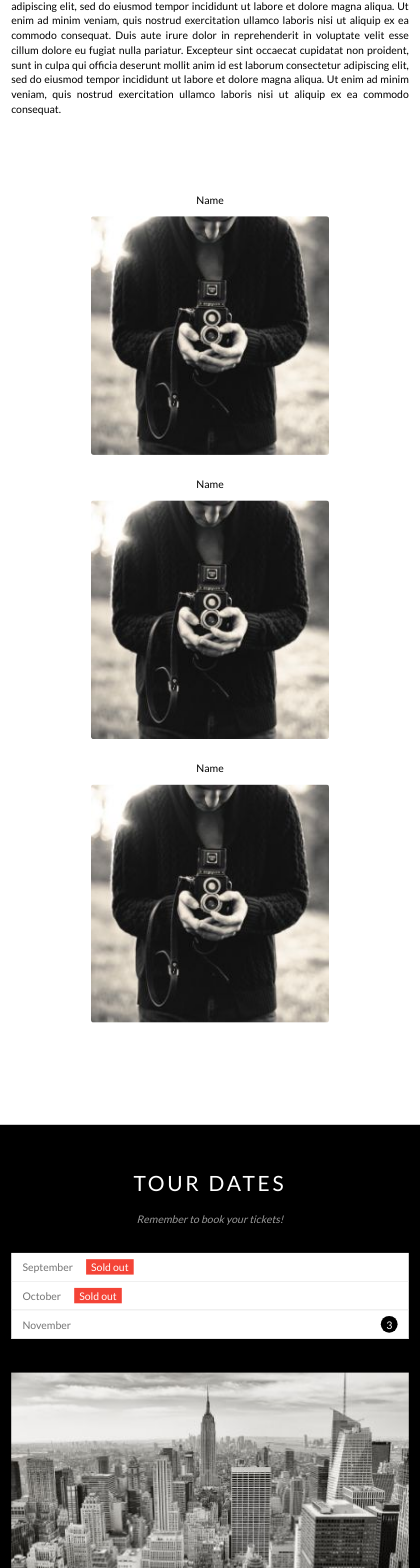
Repository: nguyenthaicong265/w3-band
Page: index.html
An editor plug-in stored every save of this project. The page is shown before and after the next save, followed by the edit.
The browser window is 600 px wide. The pictures show the part of the page from y = 537 to 2777 px (the page is 5463 px tall before and 4388 px after), at 70% of full size.

Above is the page before, as saved 2022-01-07 00:08:45.

### index.html
<!DOCTYPE html>
<html lang="en">
<head>
    <meta charset="UTF-8">
    <meta http-equiv="X-UA-Compatible" content="IE=edge">
    <meta name="viewport" content="width=device-width, initial-scale=1.0">
    <title>The band</title>
    <link rel="icon" href="./assets/img/favicon.png" type="image/x-icon" />
    <link rel="stylesheet" href="./assets/css/styles.css">
    <link rel="stylesheet" href="./assets/css/responsive.css">
    <link rel="stylesheet" href="https://fonts.googleapis.com/css?family=Lato">
    <link rel="stylesheet" href="./assets/font/themify-icons-font/themify-icons/themify-icons.css">
    <link rel="stylesheet" href="./assets/font/fontawesome-free-5.15.4-web/css/all.css">
</head>
<body>
    <div id="main">
        <div id="header">
            <ul id="nav">
                <li><a href="#">Home</a></li>
                <li><a href="#band">Band</a></li>
                <li><a href="#tour">Tour</a></li>
                <li><a href="#contact">Contact</a></li>
                <li>
                    <a href="#">
                        More
                        <i class="fas fa-sort-down"></i>
                    </a>
                    <ul class="subnav">
                        <li><a href="#">Merchandise</a></li>
                        <li><a href="#">Extras</a></li>
                        <li><a href="#">Media</a></li>
                    </ul>
                </li>
            </ul>
            <div class="search-button">
                <i class="fas fa-search"></i>
            </div>
            <div id="mobile-menu" class="mobile-menu-button">
                <i class="fas fa-bars"></i>
            </div>
        </div>

        <div id="slider">
            <div class="text-content text-white">
                <h2 class="text-head">Los Angeles
                </h2>
                <div class="text-description">We had the best time playing at Venice Beach!
                </div>
            </div>
        </div>

        <div id="content">
            <!-- About-section -->
            <div id="band" class="band-section">
                <div class="content-section">
                    <h2 class="section-heading">
                    THE BAND
                    </h2>
                    <p class="section-sub-heading">
                    We love music
                    </p>
                    <p class="about-text">We have created a fictional band website. Lorem ipsum dolor sit amet, consectetur adipiscing elit, sed do eiusmod tempor incididunt ut labore et dolore magna aliqua. Ut enim ad minim veniam, quis nostrud exercitation ullamco laboris nisi ut aliquip ex ea commodo consequat. Duis aute irure dolor in reprehenderit in voluptate velit esse cillum dolore eu fugiat nulla pariatur. Excepteur sint occaecat cupidatat non proident, sunt in culpa qui officia deserunt mollit anim id est laborum consectetur adipiscing elit, sed do eiusmod tempor incididunt ut labore et dolore magna aliqua. Ut enim ad minim veniam, quis nostrud exercitation ullamco laboris nisi ut aliquip ex ea commodo consequat.
                    </p>

                    <!-- Member -->
                    <div class="row members-list">
                        <div class="col col-third text-center member-item">
                            <p class="member-name">Name</p>
                            <img src="./assets/img/band/member1.jpg" alt="Name" class="member-avatar">
                        </div>

                        <div class="col col-third text-center member-item">
                            <p class="member-name">Name</p>
                            <img src="./assets/img/band/member1.jpg" alt="Name" class="member-avatar">
                        </div>

                        <div class="col col-third text-center member-item">
                            <p class="member-name">Name</p>
                            <img src="./assets/img/band/member1.jpg" alt="Name" class="member-avatar">
                        </div>
                    </div>
                </div>
            </div>

            <!-- Tour-section -->
            <div id="tour" class="tour-section">
                <div class="content-section">
                    <h2 class="section-heading text-white">
                    TOUR DATES
                    </h2>
                    <p class="section-sub-heading text-white">
                    Remember to book your tickets!
                    </p>

                    <!-- Tickets  -->
                    <ul class="tickets-list">
                        <li>September <span class="sold-out text-white">Sold out</span></li>
                        <li>October <span class="sold-out text-white">Sold out</span></li>
                        <li>November <span class="quantity text-white">3</span></li>
                    </ul>

                    <!-- Places -->
                    <div class="row places-list">
                        <div class="col col-third mt-16 s-col-full">
                            <img src="./assets/img/places/newyork.jpg" alt="New York" class="place-img">
                            <div class="place-body">
                                <h3 class="place-heading">
                                    New York
                                </h3>
                                <p class="place-time">
                                    Fri 27 Nov 2016
                                </p>
                                <p class="place-dsc">
                                    Praesent tincidunt sed tellus ut rutrum sed vitae justo.
                                </p>
                                <button class="btn js-buy-ticket">Buy Tickets</button>
                            </div>
                        </div>

                        <div class="col col-third mt-16 s-col-full">
                            <img src="./assets/img/places/paris.jpg" alt="Paris" class="place-img">
                            <div class="place-body">
                                <h3 class="place-heading">
                                    Paris
                                </h3>
                                <p class="place-time">
                                    Sat 28 Nov 2016
                                </p>
                                <p class="place-dsc">
                                    Praesent tincidunt sed tellus ut rutrum sed vitae justo.
                                </p>
                                <button class="btn js-buy-ticket">Buy Tickets</button>
                            </div>
                        </div>

                        <div class="col col-third mt-16 s-col-full">
                            <img src="./assets/img/places/sanfran.jpg" alt="San Francisco" class="place-img">
                            <div class="place-body">
                                <h3 class="place-heading">
                                    San Francisco
                                </h3>
                                <p class="place-time">
                                    Sun 29 Nov 2016
                                </p>
                                <p class="place-dsc">
                                    Praesent tincidunt sed tellus ut rutrum sed vitae justo.
                                </p>
                                <button class="btn js-buy-ticket">Buy Tickets</button>
                            </div>
                        </div>
                    </div>
                </div>
            </div>

            <!-- Begin: Contact-section -->
            <div id="contact" class="content-section">
                <h2 class="section-heading">
                CONTACT</h2>
                <p class="section-sub-heading">
                Fan? Drop a note!</p>
                <div class="row contact-content">
                    <div class="col col-half contact-info">
                        <p><i class="fas fa-map-marker-alt"></i>Chicago, US</p>
                        <p><i class="fas fa-phone-alt"></i>Phone: +00 151515</p>
                        <p><i class="fas fa-envelope"></i>Email: mail@mail.com</p>
                    </div>
                    <div class="col col-half contact-form">
                        <form action="">
                            <div class="row mt-8">
                                <div class="col col-half">
                                    <input type="text" name="" required placeholder="Name" id="" class="form-control">
                                </div>
                                <div class="col col-half">
                                    <input type="email" name="" required placeholder="Email" id="" class="form-control">
                                </div>
                            </div>
                            <div class="row mt-8">
                                <div class="col col-full">
                                    <input type="text" name="" required placeholder="Message" id="" class="form-control">
                                </div>
                            </div>
                            <input class="btn pull-right mt-16" type="submit" value="SEND">
                        </form>
                    </div>
                </div>
            </div>
            <!-- End: Contact-section -->


            <div class="map-section">
                <img src="./assets/img/map.jpg" alt="Map">
            </div>
        </div>

        <div id="footer">
            <div class="socials-list">
                <a href=""><i class="fab fa-facebook-square"></i></a>
                <a href=""><i class="fab fa-instagram"></i></a>
                <a href=""><i class="fab fa-snapchat"></i></a>
                <a href=""><i class="fab fa-pinterest-p"></i></a>
                <a href=""><i class="fab fa-twitter"></i></a>
                <a href=""><i class="fab fa-linkedin-in"></i></a>
            </div>
            <p class="copyright">Powered by <a href="">w3.css</a></p>
        </div>
    </div>
    <div class="modal js-modal">
         <div class="modal-contaner js-modal-container">
             <div class="modal-close js-modal-close">
                <i class="fas fa-times"></i>
             </div>

             <div class="modal-header text-white">
                <i class="fas fa-suitcase"></i> Tickets
             </div>

             <div class="modal-body">
                <label for="ticket-quantity" class="modal-label">
                    <i class="fas fa-shopping-cart"></i>
                    Tickets, $15 per person
                 </label>
                 <input type="text" id="ticket-quantity" class="modal-input" placeholder="How many?">

                 <label for="ticket-email" class="modal-label">
                    <i class="fas fa-user"></i>
                    Send To
                 </label>
                 <input type="text" id="ticket-email" class="modal-input" placeholder="Enter email">

                <button id="buy-ticket">
                    Pay
                    <i class="fas fa-check"></i>
                </button>
             </div>

             <div class="modal-footer">
                 <p class="modal-help">
                     Need <a href="">help?</button>
                 </p>
             </div>
         </div>
    </div>

    /* Buy Ticket */
    <script>
        const buyBtns = document.querySelectorAll('.js-buy-ticket')
        const modal = document.querySelector('.js-modal')
        const modalContainer = document.querySelector('.js-modal-container')
        const modalClose = document.querySelector('.js-modal-close')

        // Hàm hiển thị modal mua vé
        function showBuyTickets() {
            modal.classList.add('open')
        }

        // Hàm ẩn modal mua vé
        function closeBuyTickets() {
            modal.classList.remove('open')
        }

        // Lắng nghe click vào từng button Buy Ticket
        for (const buyBtn of buyBtns) {
            buyBtn.addEventListener('click', showBuyTickets)
        }

        // Lắng nghe click vào button close
        modalClose.addEventListener('click', closeBuyTickets)

        // Lắng nghe click vào modal
        modal.addEventListener('click', closeBuyTickets)

        // Lắng nghe click vào container
        modalContainer.addEventListener('click', function(event) {
            event.stopPropagation()
        })
    </script>

    /* Mobile Menu */
    <script>
        var header = document.getElementById('header')
        var mobileMenu = document.getElementById('mobile-menu')
        var headerHeight = header.clientHeight

        // Đóng mở mobile menu
        mobileMenu.onclick = function() {
            var isClosed = header.clientHeight === headerHeight
            if (isClosed) {
                header.style.height = 'auto'
            }
            else {
                header.style.height = null
            }
        }

        // Tự động đóng sau khi chọn menu
        var menuItems = document.querySelectorAll('#nav li a[href*="#"]')
        for (const menuItem of menuItems) {
            menuItem.onclick = function(event) {
                var isParentMenu = menuItem.nextElementSibling && menuItem.nextElementSibling.classList.contains('subnav')
                if (isParentMenu) {
                    event.preventDefault()
                }
                else {
                    header.style.height = null
                }
            }
        }
    </script>
</body>
</html>

### assets/css/styles.css
/* Reset CSS */
* {
    padding: 0;
    margin: 0;
    box-sizing: border-box;
}

html {
    font-family: "Lato", sans-serif;
    font-size: 62.5%;
    scroll-behavior: smooth;
}

/* Common */
.clear {
    clear: both;
}

.text-white {
    color: #ffff !important;
}

.row {
    margin-left: -8px;
    margin-right: -8px;
    overflow: hidden;
}

.col {
    float: left;
    padding-left: 8px;
    padding-right: 8px;
}

.col-third {
    width: 33.33333%;
}

.col-half {
    width: 50%;
}

.col-full {
    width: 100%;
}

.text-center {
    text-align: center;
}

.mt-8 {
    margin-top: 8px;
}

.mt-16 {
    margin-top: 16px;
}

.btn {
    display: inline-block;
    font-size: 15px;
    color: #ffff;
    background-color: #000;
    text-decoration: none;
    padding: 8px 16px;
    margin-top: 16px;
    border: 0px;
    cursor: pointer;
}

.btn:hover {
    color: #000;
    background-color: #ccc;
}

.pull-right {
    float: right;
    overflow: hidden;
}

/* Main */

#main {

}

#header {
    position: fixed;
    top: 0;
    left: 0;
    right: 0;
    height: 46px;
    background-color: #000000;
    z-index: 1;
}

#header .mobile-menu-button {
    position: absolute;
    top: 0;
    right: 0;
}

#header .search-button,
#header .mobile-menu-button {
    color: #fff;
    float: right;
    padding: 0 21px;
}

#header .search-button:hover {
    cursor: pointer;
    background-color: #f44336!important;
}

#header .mobile-menu-button:hover {
    background-color: #ccc;
    color: #000;
}

#header .fa-search,
#header .fa-bars {
    font-size: 13px;
    line-height: 46px;
}

#nav, .subnav {
    display: inline-block;
    list-style-type: none;
}

#nav > li {
    display: inline-block;
}

#nav li {
    position: relative;
}

#nav > li > a {
    color: #ffffff;
    text-transform: uppercase;
}

#nav li a {
    text-decoration: none;
    line-height: 46.5px;
    padding: 0px 24px;
    font-size: 1.5rem;
    display: block;
}

#nav .fa-sort-down {
    font-size: 20px;
}

#nav li:hover .subnav {
    display: block;

}

#nav > li:hover > a,
#nav .subnav li:hover a {
    color: #000 !important;
    background-color: #ccc !important;
}

#nav .subnav {
    display: none;
    position: absolute;
    min-width: 160px;
    top: 46.5px;
    background-color: #ffffff;
    box-shadow: 0 0 10px rgba(0, 0, 0, 0.3);
}

#nav .subnav a {
    color: #000;
    padding: 0 12px;
    line-height: 38px;
}

#slider {
    position: relative;
    margin-top: 46px;
    padding-top: 50%;
    background: url(/assets/img/slider/slider1.jpg) top center / cover no-repeat;
}

#slider .text-content {
    position: absolute;
    bottom: 48px;
    width: 100%;
    text-align: center;
}

#slider .text-head {
    font-weight: 100;
    font-size: 24px;
    margin-bottom: 10px;
}
#slider .text-description {
    font-size: 15px;
    margin-top: 15px;
}

#content {
}

#content .content-section {
    width: 800px;
    max-width: 100%;
    padding: 64px 0 112px ;
    margin-left: auto;
    margin-right: auto;
    padding-left: 16px;
    padding-right: 16px;
}

#content .section-heading {
    font-size: 30px;
    font-weight: 400;
    letter-spacing: 4px;
    text-align: center;
}

#content .section-sub-heading {
    font-size: 15px;
    font-style: italic;
    text-align: center;
    opacity: 0.6;
    margin-top: 25px;
}

#content .about-text {
    text-align: justify;
    font-size: 15px;
    margin-top: 25px;
    line-height: 1.4;
}

#content .members-list {
    margin-top: 48px;
    overflow: hidden;
    padding-top: 32px !important;
    padding-bottom: 32px !important;
}

#content .member-name {
    font-size: 15px;
}

#content .member-avatar {
    width: 60%;
    margin-top: 15px;
    border-radius: 4px;
}

.tour-section {
    background-color: #000;
    width: 100%;
}

.tickets-list {
    background-color: #ffffff;
    margin-top: 40px;
    list-style-type: none;
}

.tickets-list li {
    font-size: 15px;
    padding: 11px 16px;
    border-bottom: 1px solid #dddd;
    color: #757575;
}

.tickets-list .sold-out {
    background-color: #f44336!important;
    padding: 2px 7px;
    margin-left: 16px;
}

.tickets-list .quantity {
    float: right;
    width: 24px;
    height: 24px;
    background-color: #000;
    border-radius: 50%;
    line-height: 24px;
    text-align: center;
    margin-top: -3px;
}

.places-list {
    margin-top: 32px;
    overflow: hidden;
}

.place-img {
    display: block;
    width: 100%;
}

.place-img:hover {
    opacity: 0.6;
}

.place-body {
    background-color: #ffff;
    padding: 16px;
}

.place-heading {
    font-size: 15px;
    font-weight: bolder;
    margin-bottom: 15px;
}

.place-time {
    font-size: 15px;
    opacity: 0.6;
    margin-bottom: 15px;
}

.place-dsc {
    font-size: 15px;
    margin-bottom: 15px;
}

.fas {
    display: inline-block;
}

.contact-content {
    margin-top: 48px;
}

.contact-info {
    font-size: 18px;
    line-height: 1.4;
}

.contact-info .fas {
    width: 30px;
}

.contact-form {
    font-size: 15px;
}

.contact-form .form-control {
    padding: 11px;
    border: 1px solid #ccc;
    width: 100%;
}

/* Map section */
.map-section img {
    width: 100%;
}

/* Footer section */
#footer {
    padding: 64px 16px;
    text-align: center;
    font-size: 15px;

}

#footer .socials-list {
    font-size: 24px;
}

#footer .socials-list a {
    color: #000;
    opacity: 0.5;
    text-decoration: none;
}

#footer .socials-list a:hover {
    opacity: 0.3;
}

#footer .copyright {
    margin: 15px 0;
    color: #000;
    opacity: 0.5;
}

#footer .copyright a {
    color: #000 !important;
}

.modal {
    position: fixed;
    top: 0;
    right: 0;
    bottom: 0;
    left: 0;
    background: rgba(0, 0, 0, 0.4);
    align-items: center;
    justify-content: center;
    display: none;
}

.modal.open {
    display: flex;
}

.modal-contaner {
    background: #fff;
    width: 900px;
    max-width: calc(100% - 32px);
    min-height: 200px;
    position: relative;
    animation: modalFadeIn ease 0.5s;
}

.modal-close {
    position: absolute;
    right: 0;
    top: 0;
    padding: 15px;
    cursor: pointer;
    color: #fff;
    font-size: 15px;
}

.modal-close:hover {
    background-color: #ccc;
    color: #000;
}

.modal-header {
    background-color: #009688;
    height: 130px;
    display: flex;
    align-items: center;
    justify-content: center;
    font-size: 30px;
    letter-spacing: 5px;
}

.modal-header .fa-suitcase {
    margin-right: 15px;
}

.modal-body {
    padding: 15px;

}

.modal-body .modal-label {
    display: block;
    font-size: 15px;
    opacity: 0.8;
}

.modal-body .modal-input {
    border: 1px solid #ccc;
    padding: 8px;
    margin: 15px 0;
    width: 100%;
    font-size: 15px;
}

#buy-ticket {
    background-color: #009688;
    color: #fff;
    font-size: 15px;
    padding: 15px;
    width: 100%;
    border: 0px;
}

#buy-ticket:hover {
    background-color: #ccc;
    color: #000;
}

.modal-footer {
    padding: 16px;
    text-align: right;
    font-size: 15px;
}

.modal-help {
    top: 0;
    right: 0;
}

.modal-help a {
    color: #2196F3;
}

@keyframes modalFadeIn {
    from {
        opacity: 0;
        transform: translateY(-100px);
    }
    to {
        opacity: 1;
        transform: translateY(0px);
    }
}

### assets/css/responsive.css
/* PC */
@media (min-width: 1024px) {
    #header .mobile-menu-button {
        display: none;
    }
}

/* Mobile */
@media (max-width: 740px) {
    #header {
        overflow: hidden;
    }
    #nav {
        display: block;
    }

    #nav > li {
        display: block;
    }

    #nav > li:first-child {
        display: inline-block;
    }

    #nav .subnav {
        position: initial;
        background-color: #333;
    }

    #nav .subnav a {
        color: #fff;
        padding: 5px 42px;
    }

    #header .search-button {
        display: none;
    }

    #content .member-item {
        margin-top: 30px;
        width: 100%;
    }
    .place-list {
        margin-top: 16px;
    }

    .s-col-full {
        width: 100%;
    }
}

Loaded but not shown: assets/font/themify-icons-font/themify-icons/themify-icons.css (common file); assets/font/fontawesome-free-5.15.4-web/css/all.css (library)

After the next save:
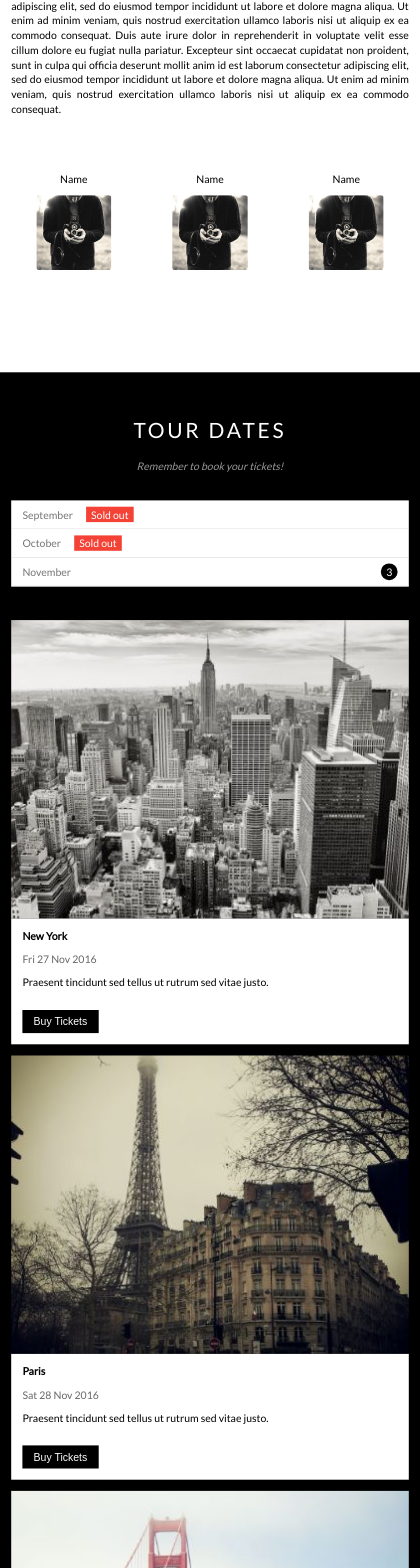
Saved 40 s later.
--- a/assets/css/responsive.css
+++ b/assets/css/responsive.css
@@ -36,10 +36,6 @@
         display: none;
     }
 
-    #content .member-item {
-        margin-top: 30px;
-        width: 100%;
-    }
     .place-list {
         margin-top: 16px;
     }
